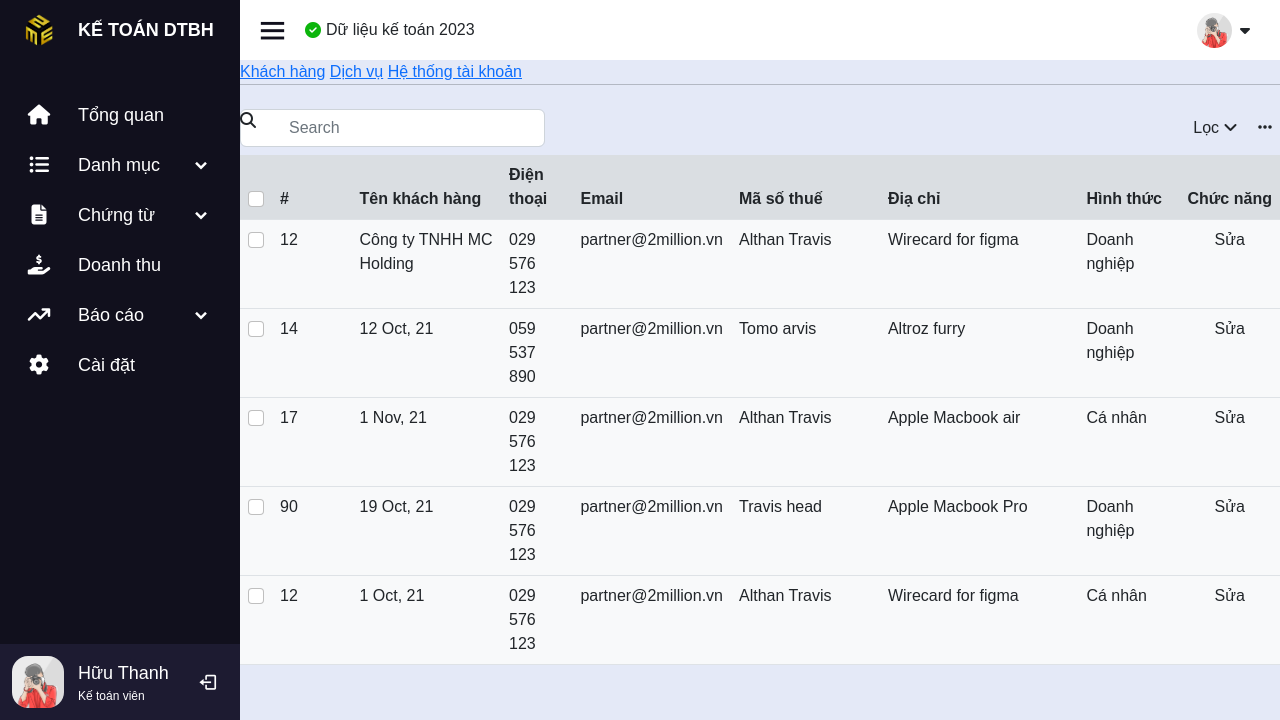
Repository: huuthanhdev/PhanMemKeToan
Page: pages/customer.html
The author's editor kept a copy of each file at every save. The page is drawn from the files as they stood at one save, then again after the next save.
The browser window is 1280 px wide. The pictures show the whole page.
Some web fonts or font styles are not loaded; a fallback is used. Some web libraries are served in a nearby version.

Above is the page before, as saved 2023-03-23 23:08:06.

### pages/customer.html
<!DOCTYPE html>
  <!-- Coding by CodingLab | www.codinglabweb.com -->
<html lang="en">
<head>
    <meta charset="UTF-8">
    <meta http-equiv="X-UA-Compatible" content="IE=edge">
    <meta name="viewport" content="width=device-width, initial-scale=1.0">
    <link rel="icon" type="png" href="/assets/img/logo 2me.png"/>
    <title>2MILLION</title>
    <!----======== CSS ======== -->
    <link rel="stylesheet" href="/assets/css/style.css">
    <!----===== Boxicons CSS ===== -->
    <link href='https://unpkg.com/boxicons@2.1.1/css/boxicons.min.css' rel='stylesheet'>
    <link rel="stylesheet" href="https://cdnjs.cloudflare.com/ajax/libs/font-awesome/6.1.2/css/all.min.css" integrity="sha512-1sCRPdkRXhBV2PBLUdRb4tMg1w2YPf37qatUFeS7zlBy7jJI8Lf4VHwWfZZfpXtYSLy85pkm9GaYVYMfw5BC1A==" crossorigin="anonymous" referrerpolicy="no-referrer" />
    <!-- bootstrap 5 -->
    <link href="https://cdn.jsdelivr.net/npm/bootstrap@5.2.1/dist/css/bootstrap.min.css" rel="stylesheet"
    integrity="sha384-iYQeCzEYFbKjA/T2uDLTpkwGzCiq6soy8tYaI1GyVh/UjpbCx/TYkiZhlZB6+fzT" crossorigin="anonymous">

</head>
<body>
    <div class="sidebar">
        <div class="logo-details">
          <!-- <i class='bx bxl-c-plus-plus'></i> -->
          <img src="../assets/img/logo 2me.png" alt="" class="logo-img">
          <span class="logo_name">KẾ TOÁN DTBH</span>
        </div>
        <ul class="nav-links">
          <li class="nav-item">
            <a href="../pages/overview.html">
              <i class='fa-solid fa-house'></i>
              <span class="link_name">Tổng quan</span>
            </a>
            <ul class="sub-menu blank">
              <li><a class="link_name" href="../pages/overview.html">Tổng quan</a></li>
            </ul>
          </li>
          <li class="nav-item active">
            <div class="icon-link">
              <a href="../pages/customer.html">
                <i class='fa-solid fa-list-ul' ></i>
                <span class="link_name">Danh mục</span>
              </a>
              <i class='bx bxs-chevron-down arrow' ></i>
            </div>
            <ul class="sub-menu">
              <li><a class="link_name" href="#">Danh mục</a></li>
              <li><a href="../pages/customer.html">Khách hàng</a></li>
              <li><a href="../pages/service.html">Dịch vụ</a></li>
              <li><a href="../pages/account.html">Tài khoản</a></li>
            </ul>
          </li>

          <li class="nav-item">
            <div class="icon-link">
              <a href="#">
                <i class='fa-solid fa-file-lines' ></i>
                <span class="link_name">Chứng từ</span>
              </a>
              <i class='bx bxs-chevron-down arrow' ></i>
            </div>
            <ul class="sub-menu">
              <li><a class="link_name" href="#">Chứng từ</a></li>
              <li><a href="#">Hóa đơn GTGT</a></li>
              <li><a href="#">Phiếu giảm giá HB</a></li>
            </ul>
          </li>

          <li class="nav-item">
            <a href="#">
              <i class='fa-solid fa-hand-holding-dollar' ></i>
              <span class="link_name">Doanh thu</span>
            </a>
            <ul class="sub-menu blank">
              <li><a class="link_name" href="#">Doanh thu</a></li>
            </ul>
          </li>

          <li class="nav-item">
            <div class="icon-link">
              <a href="#">
                <i class='fa-solid fa-arrow-trend-up' ></i>
                <span class="link_name">Báo cáo</span>
              </a>
              <i class='bx bxs-chevron-down arrow' ></i>
            </div>
            <ul class="sub-menu">
              <li><a class="link_name" href="#">Báo cáo</a></li>
              <li><a href="#">Doanh thu theo KH</a></li>
              <li><a href="#">Doanh thu theo DV</a></li>
              <li><a href="#">Tổng hợp Doanh thu</a></li>
              <li><a href="#">Giảm trừ Doanh thu</a></li>
            </ul>
          </li>

          <li class="nav-item">
            <a href="#">
              <i class='fa-solid fa-gear' ></i>
              <span class="link_name">Cài đặt</span>
            </a>
            <ul class="sub-menu blank">
              <li><a class="link_name" href="#">Cài đặt</a></li>
            </ul>
          </li>
          <li>
        <div class="profile-details">
          <div class="profile-content">
            <img src="../assets/img/client2.png" alt="profileImg">
          </div>
          <div class="name-job">
            <div class="profile_name">Hữu Thanh</div>
            <div class="job">Kế toán viên</div>
          </div>
          <i class='bx bx-log-out' ></i>
        </div>
      </li>
    </ul>
      </div>
    <section class="home-section">
      <div class="home-nav">
          <i class='bx bx-menu' ></i>
          <div class="home-text">
              <i class="fa-solid fa-circle-check home-icon"></i>
              <span>Dữ liệu kế toán 2023</span>
          </div>

          <div class="home-info">
              <img src="../assets/img/client2.png" alt="avatar" class="home-avatar">
              <i class="fa-solid fa-caret-down"class="home-icon"></i>
          </div>
      </div>
      <!-- content -->
      <div class="home-content">
        <div class="home-tab">
          <a class="tab-item active" href="/pages/customer.html">Khách hàng</a>
          <a class="tab-item" href="/pages/service.html">Dịch vụ</a>
          <a class="tab-item" href="/pages/account.html">Hệ thống tài khoản</a>
        </div>
        <hr class="mt-0 mb-4">
        <!-- table -->
        <div class="container-fluid mt-0 px-0">
          <div class="mb-2 d-flex justify-content-between align-items-center">
              <div class="position-relative">
                  <span class="position-absolute search"><i class="fa fa-search"></i></span>
                  <input class="form-control w-100 px-5" placeholder="Search">
              </div>
              <div class="px-2">
                  <span>Lọc <i class="fa fa-angle-down"></i></span>
                  <i class="fa fa-ellipsis-h ms-3"></i>
              </div>
          </div>
          <div class="table-responsive">
          <table class="table table-responsive table-hover bg-light">
            <thead>
              <tr style="background-color: #dadee2">
                <th scope="col" width="2%"><input class="form-check-input" type="checkbox"></th>
                <th scope="col" width="8%">#</th>
                <th scope="col" width="15%">Tên khách hàng</th>
                <th scope="col" width="7%">Điện thoại</th>
                <th scope="col" width="13%">Email</th>
                <th scope="col" width="15%">Mã số thuế</th>
                <th scope="col" width="20%">Điạ chỉ</th>
                <th scope="col" width="10%">Hình thức</th>
                <th scope="col" width="10%" class="text-center">Chức năng</th>
              </tr>
            </thead>
            <tbody>
              <tr>
                <th scope="row"><input class="form-check-input" type="checkbox"></th>
                <td>12</td>
                <td>Công ty TNHH MC Holding</td>
                <td>029 576 123</td>
                <td>partner@2million.vn</td>
                <td>Althan Travis</td>
                <td>Wirecard for figma</td>
                <td>Doanh nghiệp</td>
                <td class="text-center">Sửa</td>
              </tr>

              <tr>
                <th scope="row"><input class="form-check-input" type="checkbox"></th>
                <td>14</td>
                <td>12 Oct, 21</td>
                <td>059 537 890</td>
                <td>partner@2million.vn</td>
                <td>Tomo arvis</td>
                <td>Altroz furry</td>
                <td>Doanh nghiệp</td>
                <td class="text-center">Sửa</td>
              </tr>

              <tr>
                <th scope="row"><input class="form-check-input" type="checkbox"></th>
                <td>17</td>
                <td>1 Nov, 21</td>
                <td>029 576 123</td>
                <td>partner@2million.vn</td>
                <td>Althan Travis</td>
                <td>Apple Macbook air</td>
                <td>Cá nhân</td>
                <td class="text-center">Sửa</td>
              </tr>

              <tr>
                <th scope="row"><input class="form-check-input" type="checkbox"></th>
                <td>90</td>
                <td>19 Oct, 21</td>
                <td>029 576 123</td>
                <td>partner@2million.vn</td>
                <td>Travis head</td>
                <td>Apple Macbook Pro</td>
                <td>Doanh nghiệp</td>
                <td class="text-center">Sửa</td>
              </tr>

              <tr>
                <th scope="row"><input class="form-check-input" type="checkbox"></th>
                <td>12</td>
                <td>1 Oct, 21</td>
                <td>029 576 123</td>
                <td>partner@2million.vn</td>
                <td>Althan Travis</td>
                <td>Wirecard for figma</td>
                <td>Cá nhân</td>
                <td class="text-center">Sửa</td>
              </tr>
            </tbody>
          </table>
          </div>
        </div>
      </div>
    </section>

    <script src="/app.js"></script>

</body>
</html>

### assets/css/style.css
/* Google Fonts Import Link */
@import url("https://fonts.googleapis.com/css2?family=Quicksand:wght@300;400;500;600&display=swap");
* {
  margin: 0;
  padding: 0;
  box-sizing: border-box;
  font-family: "Quicksand", sans-serif;
}
.sidebar{
  position: fixed;
  top: 0;
  left: 0;
  height: 100%;
  width: 240px;
  background: #11101d;
  z-index: 100;
  transition: all 0.5s ease;
}
.sidebar.close{
  width: 78px;
}
.sidebar .logo-details{
  height: 60px;
  width: 100%;
  display: flex;
  align-items: center;
}
.sidebar .logo-details i{
  font-size: 30px;
  color: #fff;
  height: 50px;
  min-width: 78px;
  text-align: center;
  line-height: 50px;
}
/*add logo  */
.sidebar .logo-details img{
  height: 40px;
  min-width: 78px;
  object-fit: contain;
  border-radius: 16px;
  transition: all 0.5s ease;
}

.sidebar .logo-details .logo_name{
  font-size: 18px;
  color: #fff;
  font-weight: 600;
  transition: 0.3s ease;
  transition-delay: 0.1s;
  position: relative;
}
.sidebar.close .logo-details .logo_name{
  transition-delay: 0s;
  opacity: 0;
  pointer-events: none;
}
.sidebar .nav-links{
  height: 100%;
  padding: 30px 0 150px 0;
  overflow: auto;
}
.sidebar.close .nav-links{
  overflow: visible;
}
.sidebar .nav-links::-webkit-scrollbar{
  display: none;
}
.sidebar .nav-links li{
  position: relative;
  list-style: none;
  transition: all 0.4s ease;
}
.sidebar .nav-links li:hover{
  background: #1d1b31;
}
.sidebar .nav-links li .icon-link{
  display: flex;
  align-items: center;
  justify-content: space-between;
}
.sidebar.close .nav-links li .icon-link{
  display: block
}
.sidebar .nav-links li i{
  height: 50px;
  min-width: 78px;
  text-align: center;
  line-height: 50px;
  color: #fff;
  font-size: 20px;
  cursor: pointer;
  transition: all 0.3s ease;
}
.sidebar .nav-links li.showMenu i.arrow{
  transform: rotate(-180deg);
}
.sidebar.close .nav-links i.arrow{
  display: none;
}
.sidebar .nav-links li a{
  display: flex;
  align-items: center;
  text-decoration: none;
}
.sidebar .nav-links li a .link_name{
  font-size: 18px;
  font-weight: 400;
  color: #fff;
  transition: all 0.4s ease;
}
.sidebar.close .nav-links li a .link_name{
  opacity: 0;
  pointer-events: none;
}
.sidebar .nav-links li .sub-menu{
  padding: 6px 6px 14px 80px;
  margin-top: -10px;
  background: #1d1b31;
  display: none;
}
.sidebar .nav-links li.showMenu .sub-menu{
  display: block;
}
.sidebar .nav-links li .sub-menu a{
  color: #fff;
  font-size: 15px;
  padding: 5px 0;
  white-space: nowrap;
  opacity: 0.6;
  transition: all 0.3s ease;
}
.sidebar .nav-links li .sub-menu a:hover{
  opacity: 1;
}
.sidebar.close .nav-links li .sub-menu{
  position: absolute;
  left: 100%;
  top: -10px;
  margin-top: 0;
  padding: 10px 20px;
  border-radius: 0 6px 6px 0;
  opacity: 0;
  display: block;
  pointer-events: none;
  transition: 0s;
}
.sidebar.close .nav-links li:hover .sub-menu{
  top: 0;
  opacity: 1;
  pointer-events: auto;
  transition: all 0.4s ease;
}
.sidebar .nav-links li .sub-menu .link_name{
  display: none;
}
.sidebar.close .nav-links li .sub-menu .link_name{
  font-size: 18px;
  opacity: 1;
  display: block;
}
.sidebar .nav-links li .sub-menu.blank{
  opacity: 1;
  pointer-events: auto;
  padding: 3px 20px 6px 16px;
  opacity: 0;
  pointer-events: none;
}
.sidebar .nav-links li:hover .sub-menu.blank{
  top: 50%;
  transform: translateY(-50%);
}
.sidebar .profile-details{
  position: fixed;
  bottom: 0;
  width: 240px;
  display: flex;
  align-items: center;
  justify-content: space-between;
  background: #1d1b31;
  padding: 12px 0;
  transition: all 0.5s ease;
}
.sidebar.close .profile-details{
  background: none;
}
.sidebar.close .profile-details{
  width: 78px;
}
.sidebar .profile-details .profile-content{
  display: flex;
  align-items: center;
  cursor: pointer;
}
.sidebar .profile-details img{
  height: 52px;
  width: 52px;
  object-fit: cover;
  border-radius: 16px;
  margin: 0 14px 0 12px;
  background: #1d1b31;
  transition: all 0.5s ease;
}
.sidebar.close .profile-details img{
  padding: 10px;
}
.sidebar .profile-details .profile_name,
.sidebar .profile-details .job{
  color: #fff;
  font-size: 18px;
  font-weight: 500;
  white-space: nowrap;
}
/* thêm nowrap */
.sidebar .nav-links .link_name,
.sidebar .logo-details .logo_name{
  white-space: nowrap;
}
/*  */
.sidebar.close .profile-details i,
.sidebar.close .profile-details .profile_name,
.sidebar.close .profile-details .job{
  display: none;
}
.sidebar .profile-details .job{
  font-size: 12px;
}
.home-section{
  position: relative;
  background: #E4E9F7;
  height: 100vh;
  left: 240px;
  width: calc(100% - 240px);
  transition: all 0.5s ease;
}
.sidebar.close ~ .home-section{
  left: 78px;
  width: calc(100% - 78px);
}
.home-section .home-nav{
  height: 60px;
  display: flex;
  align-items: center;
}
.home-section .home-nav .bx-menu,
.home-section .home-nav .text{
  color: #11101d;
  font-size: 35px;
}
.home-section .home-nav .bx-menu{
  margin: 0 15px;
  cursor: pointer;
}
.home-section .home-nav .text{
  font-size: 26px;
  font-weight: 600;
}
@media (max-width: 400px) {
  .sidebar.close .nav-links li .sub-menu{
    display: none;
  }
  .sidebar{
    width: 78px;
  }
  .sidebar.close{
    width: 0;
  }
  .home-section{
    left: 78px;
    width: calc(100% - 78px);
    z-index: 100;
  }
  .sidebar.close ~ .home-section{
    width: 100%;
    left: 0;
  }
}
/* nav fixed */
.home {
  position: fixed;
}
.home-nav {
  display: flex;
  justify-content: flex-start;
  margin-top: auto;
  width: 100%;
  height: 60px;
  background-color: white;
}
.home-info, .home-text {
  display: flex;
  align-items: center;
  justify-content: space-between;
}
.home-icon {
  color: #11101d;
}
.home-text .home-icon {
  color: rgb(12, 181, 12);
  padding-right: 5px;
}
.home-avatar {
  width: 35px;
  height: 35px;
  border-radius: 50%;
  object-fit: cover;
  margin-right: 8px;
}
.home-info{
  margin-left: auto;
  padding-right: 30px;
  cursor: pointer;
}

### app.js
let arrow = document.querySelectorAll(".arrow");
  for (var i = 0; i < arrow.length; i++) {
    arrow[i].addEventListener("click", (e)=>{
   let arrowParent = e.target.parentElement.parentElement;//selecting main parent of arrow
   arrowParent.classList.toggle("showMenu");
    });
  }
  let sidebar = document.querySelector(".sidebar");
  let sidebarBtn = document.querySelector(".bx-menu");
  console.log(sidebarBtn);
  sidebarBtn.addEventListener("click", ()=>{
    sidebar.classList.toggle("close");
  });

After the next save:
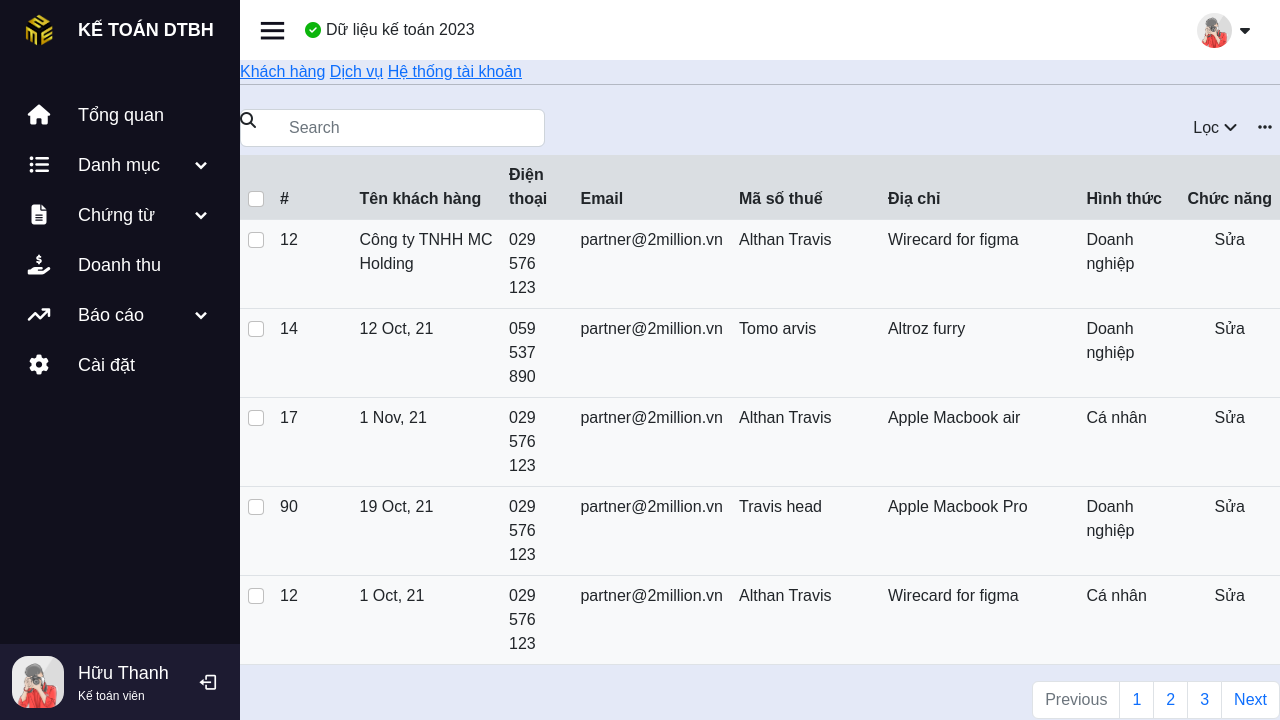
Saved 17 h 25 min later.
--- a/pages/customer.html
+++ b/pages/customer.html
@@ -227,6 +227,23 @@
           </table>
           </div>
         </div>
+        <!-- //table -->
+        <!-- pagination -->
+        <nav aria-label="Page navigation example">
+          <ul class="pagination justify-content-end">
+            <li class="page-item disabled">
+              <a class="page-link" href="#" tabindex="-1" aria-disabled="true">Previous</a>
+            </li>
+            <li class="page-item"><a class="page-link" href="#">1</a></li>
+            <li class="page-item"><a class="page-link" href="#">2</a></li>
+            <li class="page-item"><a class="page-link" href="#">3</a></li>
+            <li class="page-item">
+              <a class="page-link" href="#">Next</a>
+            </li>
+          </ul>
+        </nav>
+        <!-- //pagination -->
+
       </div>
     </section>
 
